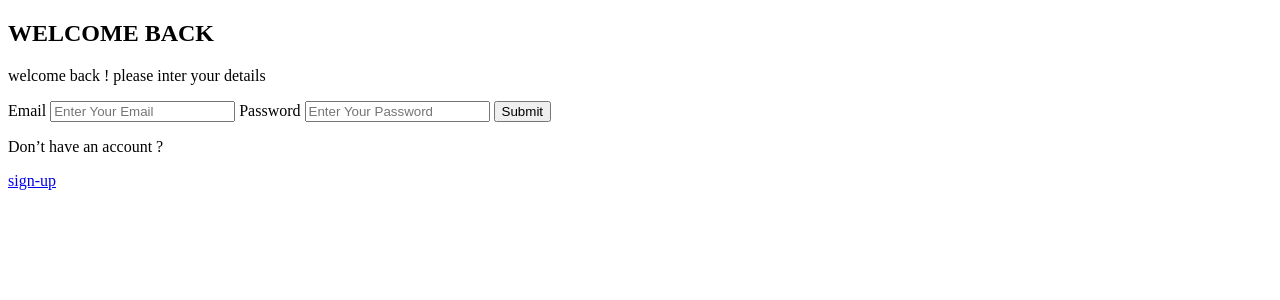
Repository: hiba2337/Fromix
Page: sign-up.html
An editor plug-in stored every save of this project. The page is shown before and after the next save, followed by the edit.
The browser window is 1280 px wide. The pictures show the whole page.

Above is the page before, as saved 2025-10-25 13:41:02.

### sign-up.html
<!DOCTYPE html>
<html lang="fr">
<head>
    <meta charset="UTF-8">
    <meta name="viewport" content="width=device-width, initial-scale=1.0">
    <title> Formix / Log in</title>
</head>
<body>
 <div class="log-in">
    <div class="form">
<div class="text">
    <h2>
WELCOME BACK
    </h2>
    <p>welcome back ! please inter your details</p>
   <form action="">

        <label for="email">Email</label>
        <input type="email" name="email" id="email" placeholder="Enter Your Email">


        <label for="pass">Password</label>
        <input type="password" name="pass" id="email" placeholder="Enter Your Password" >
   <input type="submit" name="send" id="send">

   </form>
<div class="sing-in">
    <p>Don’t have an account ?</p>
    <a href="sign-up.html">sign-up</a>
</div>
</div>
    </div>
    <div class="img">

    </div>
 </div>
</body>
</html>

After the next save:
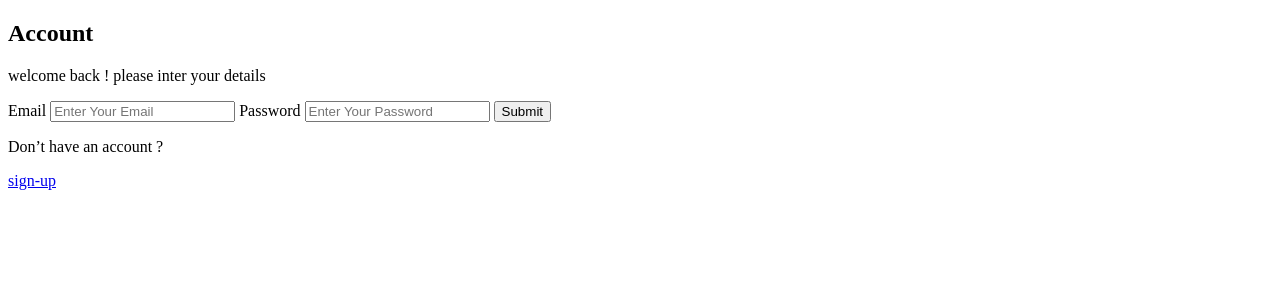
Saved 20 s later.
--- a/sign-up.html
+++ b/sign-up.html
@@ -10,7 +10,7 @@
     <div class="form">
 <div class="text">
     <h2>
-WELCOME BACK
+Account
     </h2>
     <p>welcome back ! please inter your details</p>
    <form action="">
